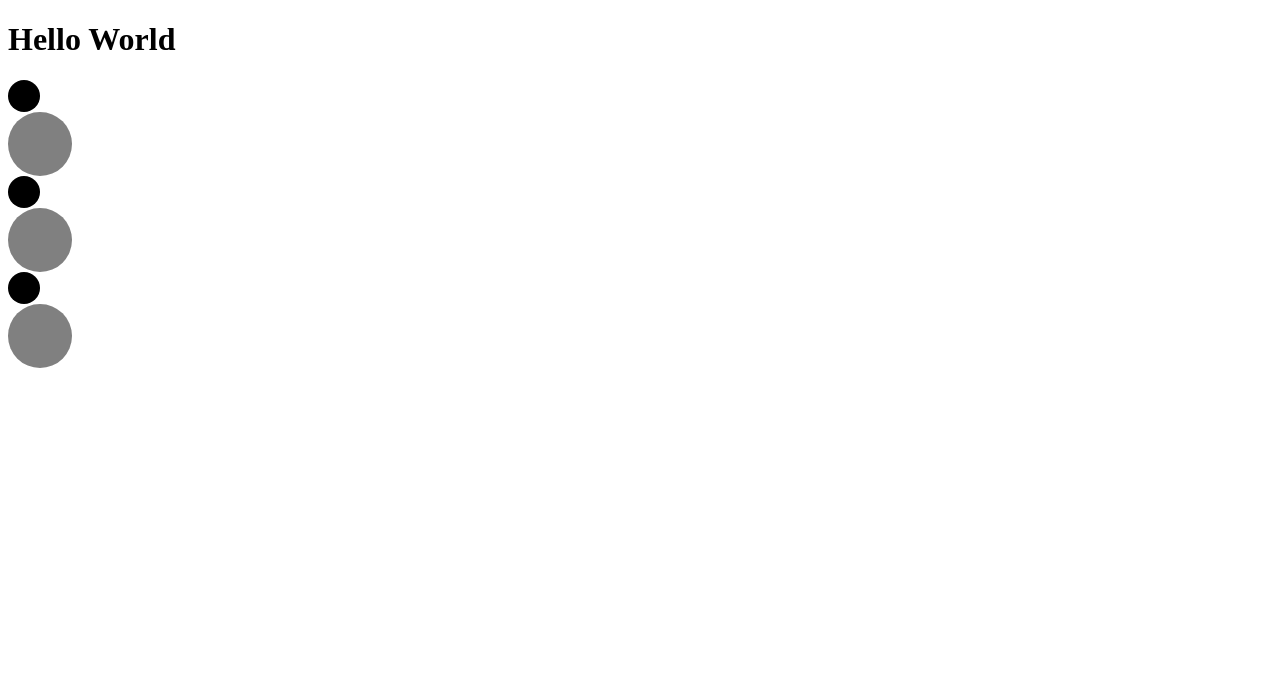
Repository: sarahlochhead/css-demo
Page: index.html
These files come from the project's save history. The page is drawn as it stood at one moment and after a run of saves; the edit follows.
The browser window is 1280 px wide. The pictures show the whole page.

Above is the page before, as saved 2023-04-28 12:28:27.

### index.html
<!DOCTYPE html>
<html lang="en">
<head>
    <meta charset="UTF-8">
    <meta http-equiv="X-UA-Compatible" content="IE=edge">
    <meta name="viewport" content="width=device-width, initial-scale=1.0">
    <title>Light It Up Demo</title>
    <link rel="stylesheet" href="styles.css">
</head>
<body>
    <header>
        <h1>Hello World</h1>
    </header>
    <div>
        <div class="small"></div>
        <div class="medium"></div>
        <div class="large"></div>
        <div class="small"></div>
        <div class="medium"></div>
        <div class="large"></div>
        <div class="small"></div>
        <div class="medium"></div>
        <div class="large"></div>
    </div>









</body>
</html>

### styles.css
@charset "utf-8";

/* h1 {
    position: absolute;
    top: 50%;
    font-size: 5rem;
    margin: 0 auto;
} */

.small {
    height: 2rem;
    width: 2rem;
    border-radius: 100%;
    background-color: black;
}

.medium {
    height: 4rem;
    width: 4rem;
    border-radius: 100%;
    background-color: grey;
}

.medium {
    height: 4rem;
    width: 4rem;
    border-radius: 100%;
    background-color: grey;
}

After the next 3 saves:
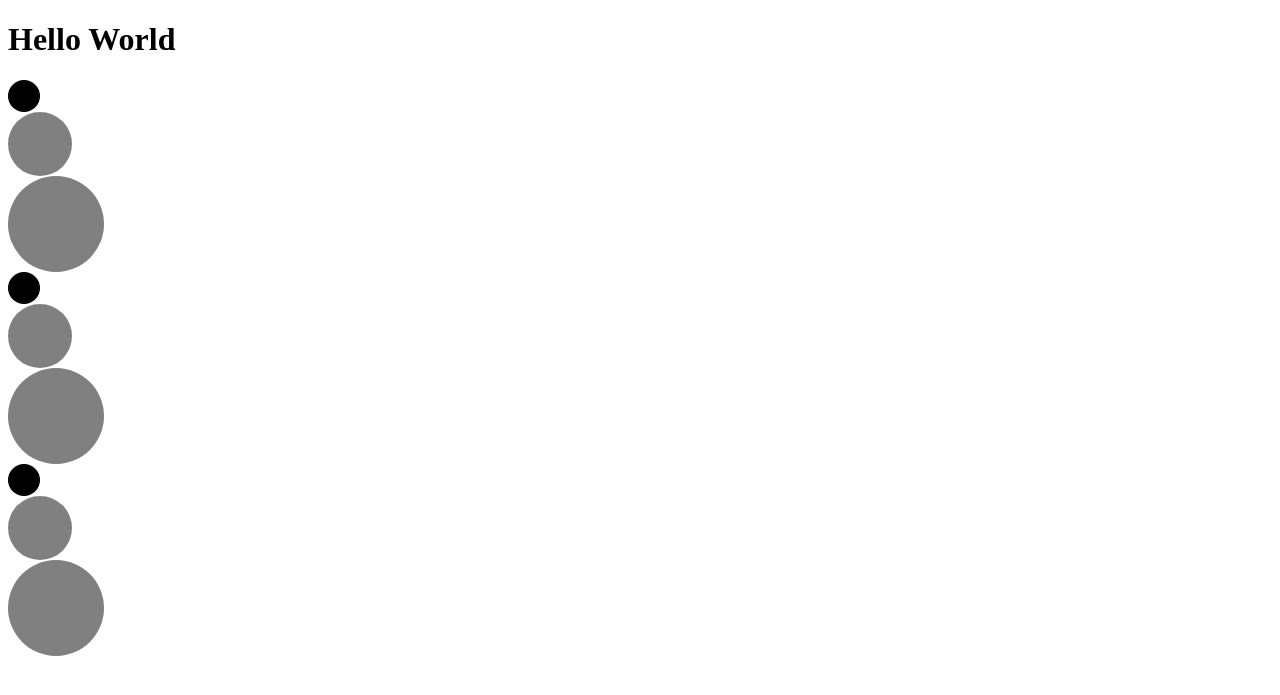
The 3 saves are shown as one change because they came seconds apart.
The last was saved 12 s later.
--- a/styles.css
+++ b/styles.css
@@ -21,9 +21,9 @@
     background-color: grey;
 }
 
-.medium {
-    height: 4rem;
-    width: 4rem;
+.large {
+    height: 6rem;
+    width: 6rem;
     border-radius: 100%;
     background-color: grey;
 }
